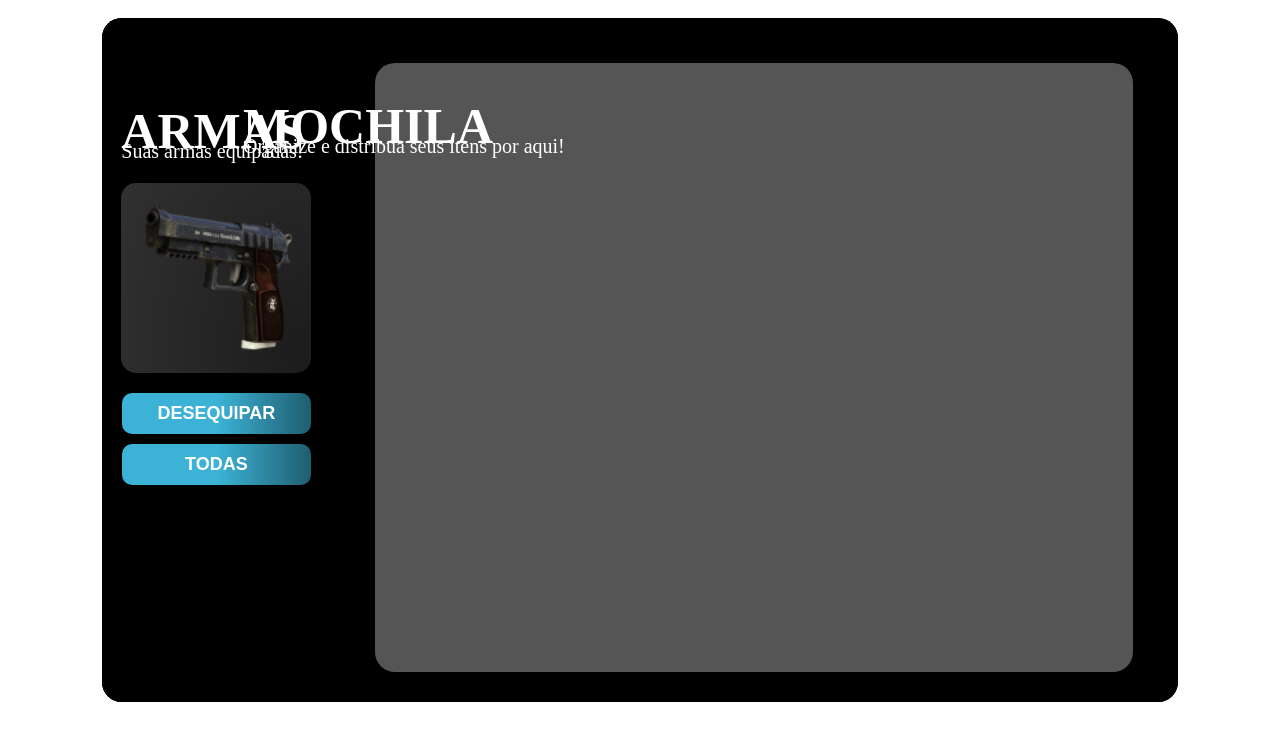
Repository: DuMCorrea/Mochila
Page: index.html
These files come from the project's save history. The page is drawn as it stood at one moment and after the next save; the edit follows.
The browser window is 1280 px wide. The pictures show the whole page.
Some web fonts or font styles are not loaded; a fallback is used.

Above is the page before, as saved 2024-09-02 22:27:45.

After the next save:
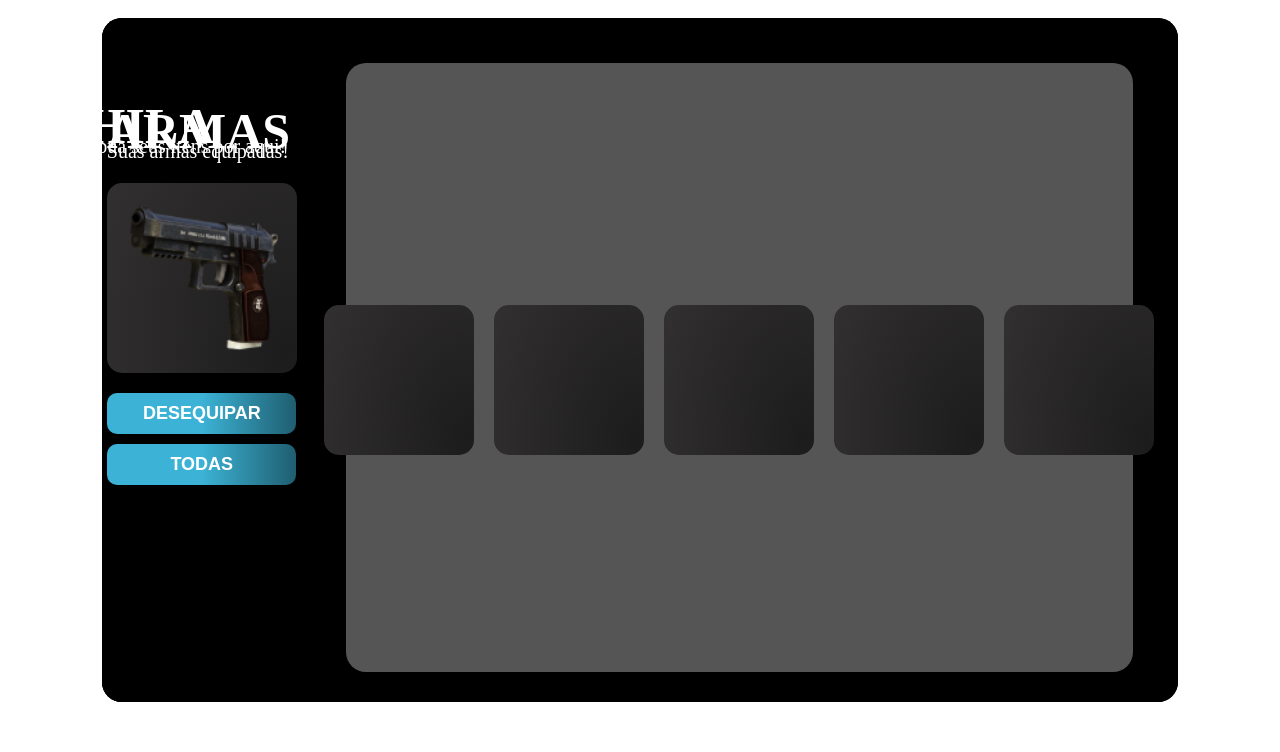
Saved 12 s later.
--- a/styles.css
+++ b/styles.css
@@ -162,3 +162,20 @@ body, html {
     position: relative; /* Posicionamento relativo para o elemento abaixo */
     right: 350px;
 }
+
+.squares-container {
+    display: flex; /* Exibe os quadrados em linha */
+    justify-content: center; /* Centraliza os quadrados horizontalmente */
+    align-items: center; /* Centraliza os quadrados verticalmente */
+    margin-top: 50px; /* Espaçamento acima dos quadrados */
+    width: 100%; /* Largura total para o contêiner */
+    height: 50%; /* Altura do contêiner */
+}
+
+.square {
+    width: 150px; /* Largura dos quadrados */
+    height: 150px; /* Altura dos quadrados */
+    background: radial-gradient(547.21% 823.76% at 94.51% 88.04%, #1D1C1C 0%, #837E7E 100%); /* Gradiente de fundo */
+    border-radius: 15px; /* Bordas arredondadas */
+    margin: 0 10px; /* Espaçamento entre os quadrados */
+}
